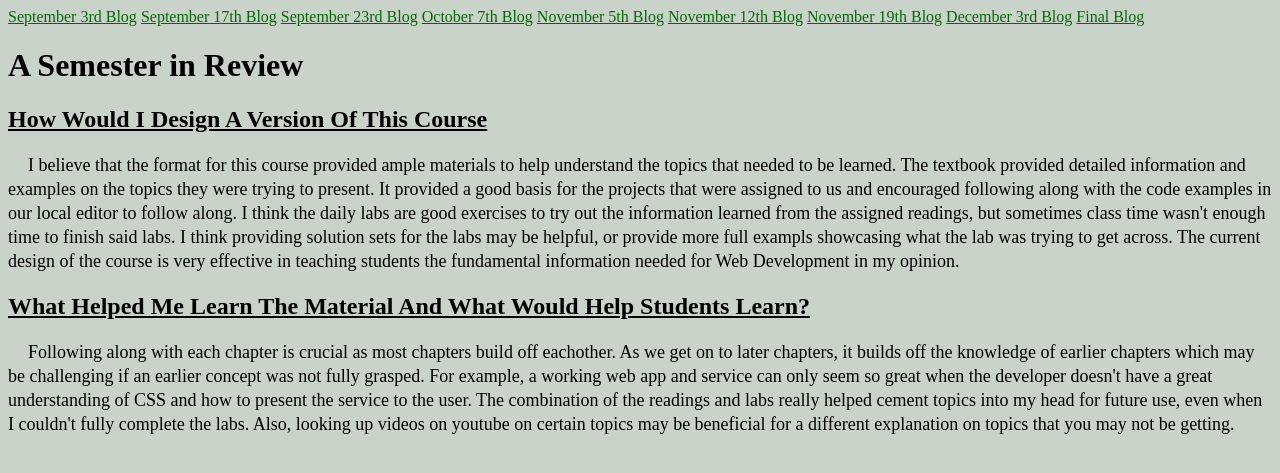
Repository: alharama/WebBlog
Page: FinalBlog.html
These files come from the project's save history. The page is drawn as it stood at one moment and after the next save; the edit follows.
The browser window is 1280 px wide. The pictures show the whole page.

Above is the page before, as saved 2021-12-09 14:10:15.

### FinalBlog.html
<!DOCTYPE html>
<html>
  <head>
    <a href="index.html"> September 3rd Blog</a>
    <a href="second_blog.html"> September 17th Blog</a>
    <a href="Sept_23.html"> September 23rd Blog</a>
    <a href="Oct_7.html"> October 7th Blog</a>
    <a href="Nov_5.html"> November 5th Blog</a>
    <a href="Nov_12.html"> November 12th Blog</a>
    <a href="Nov_19.html"> November 19th Blog</a>
    <a href="Dec_3rd.html"> December 3rd Blog</a>
    <a href="FinalBlog.html"> Final Blog</a>

    <title>Final Blog</title>

    <style>
      a {
        text-decoration: underline;
        color: rgb(5, 104, 5);
      }
      a:visited {
        text-decoration: none;
      }

      h2 {
        text-decoration: underline;
      }

      body {
        background-color: rgba(190, 201, 190, 0.808);
      }

      #writeup {
        font-size: 18px;
        line-height: 24px;
        text-indent: 20px;
      }

      body > #example_code {
        float: left;
      }
    </style>
  </head>

  <body>
    <h1>A Semester in Review</h1>

    <h2>How Would I Design A Version Of This Course</h2>

    <p id="writeup">
      I believe that the format for this course provided ample materials to help
      understand the topics that needed to be learned. The textbook provided
      detailed information and examples on the topics they were trying to
      present. It provided a good basis for the projects that were assigned to
      us and encouraged following along with the code examples in our local
      editor to follow along. I think the daily labs are good exercises to try
      out the information learned from the assigned readings, but sometimes
      class time wasn't enough time to finish said labs. I think providing
      solution sets for the labs may be helpful, or provide more full exampls
      showcasing what the lab was trying to get across. The current design of
      the course is very effective in teaching students the fundamental
      information needed for Web Development in my opinion.
    </p>

    <h2>
      What Helped Me Learn The Material And What Would Help Students Learn?
    </h2>

    <p id="writeup">
      Following along with each chapter is crucial as most chapters build off
      eachother. As we get on to later chapters, it builds off the knowledge of
      earlier chapters which may be challenging if an earlier concept was not
      fully grasped. For example, a working web app and service can only seem so
      great when the developer doesn't have a great understanding of CSS and how
      to present the service to the user. The combination of the readings and
      labs really helped cement topics into my head for future use, even when I
      couldn't fully complete the labs. Also, looking up videos on youtube on
      certain topics may be beneficial for a different explanation on topics
      that you may not be getting.
    </p>
  </body>
</html>

After the next save:
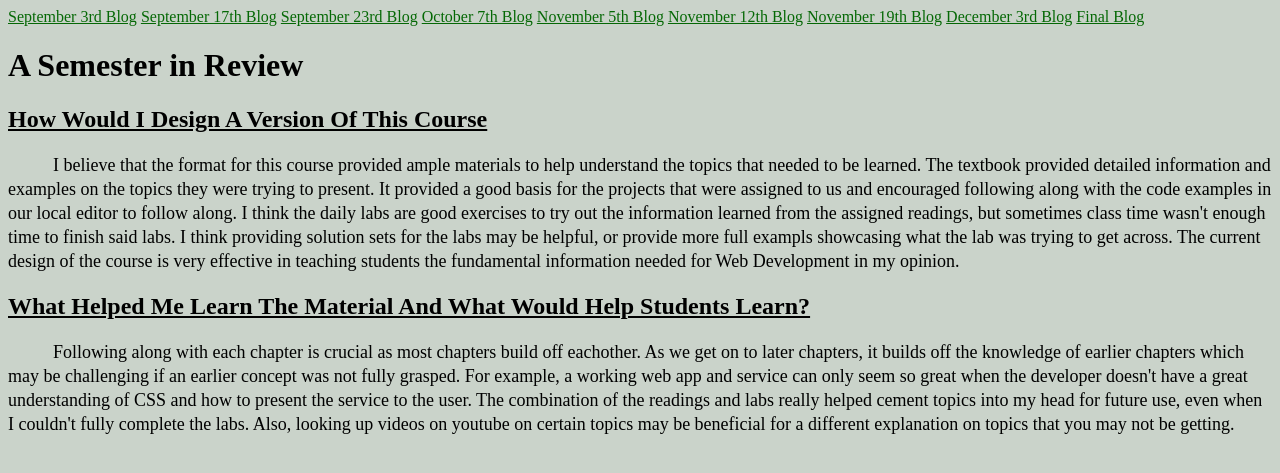
Saved 12 s later.
--- a/FinalBlog.html
+++ b/FinalBlog.html
@@ -33,7 +33,7 @@
       #writeup {
         font-size: 18px;
         line-height: 24px;
-        text-indent: 20px;
+        text-indent: 45px;
       }
 
       body > #example_code {
